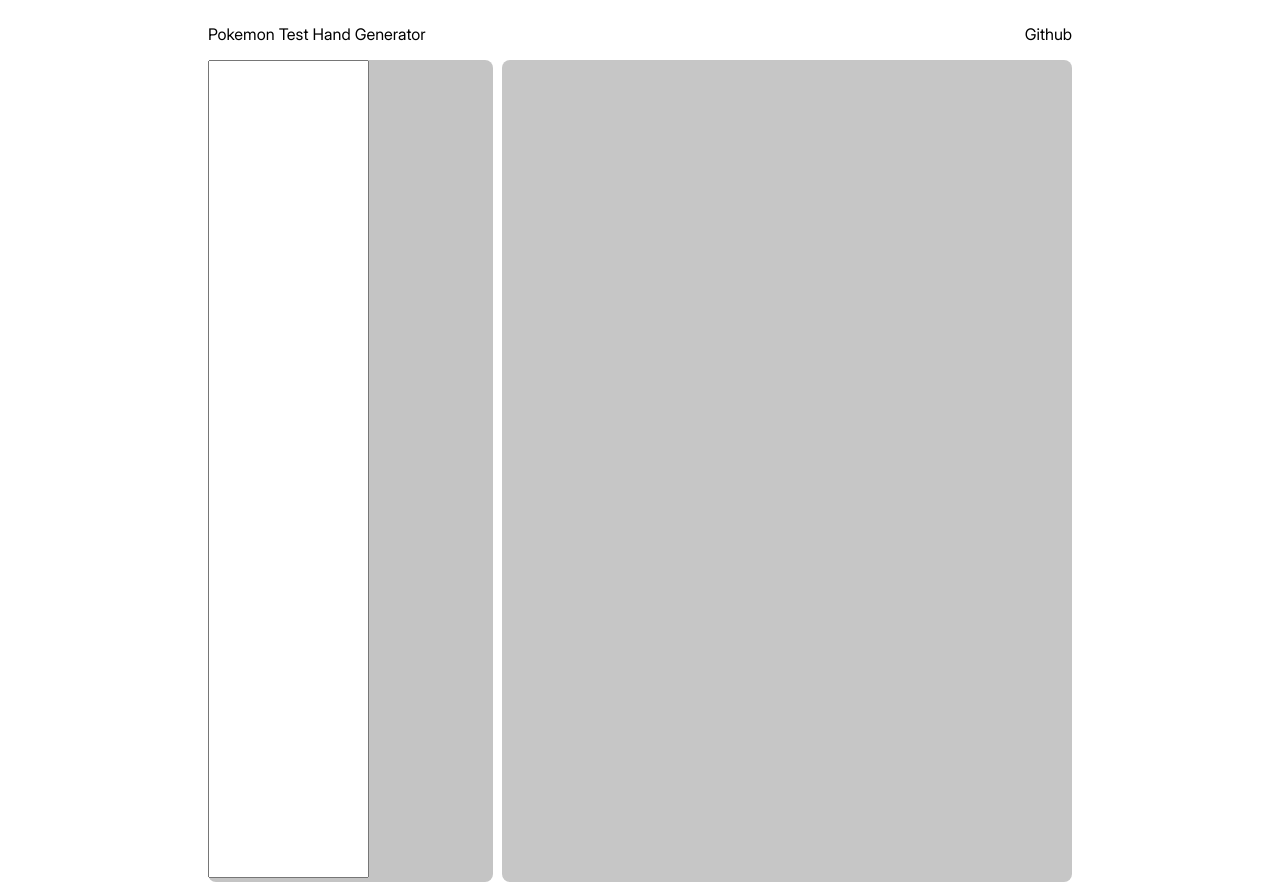
Repository: danielj1415/test-hand-simulator
Page: /
These files come from the project's save history. The page is drawn as it stood at one moment and after a run of saves; the edit follows.
The browser window is 1280 px wide. The pictures show the whole page.
The project was rebuilt for these pictures with package versions that can differ from the ones it lists, and the page was loaded fresh each time. Also part of the build but not shown: vite.config.ts, src/index.css.

Above is the page before, as saved 2024-10-30 17:52:11.

### src/App.tsx
import { useState } from 'react'
import './App.css'
import { Outlet, Link } from "react-router-dom";

function App() {

  const [deckList, setDeckList] = useState({
    deck: ''
  })

  // Handle input changes
  const handleChange = (e: { target: { name: any; value: any; }; }) => {
    const { name, value } = e.target;
    setDeckList((prevData) => ({
      ...prevData,
      [name]: value
    }));
  };

  // Handle form submission
  const handleSubmit = (e: { preventDefault: () => void; }) => {
    e.preventDefault(); // Prevents the default form submission behavior
    // Process the form data here (e.g., send to an API)
  };

  return (
    <div>
      <div className = "mainContainer">
        <div className = "navigationBar">
          <p>Pokemon Test Hand Generator</p>
          <p>Github</p>
        </div>
        <div className = "mainBody">
          <div className = "inputDeck">
            <form onSubmit = {handleSubmit}>
              <div>
                <label htmlFor="deck"></label>
                <textarea className = "deckInputDiv" id="deck" name="deck" value={deckList.deck} onChange={handleChange}/>
              </div>
            </form>
          </div>
          <div className = "testHands"></div>
        </div>
      </div>
    </div>
  )
}

export default App

### src/App.css

@import "./fonts.css";

.mainContainer{
  margin-left: 200px;
  margin-right: 200px;
}

.navigationBar{
  display: flex;
  align-items: center;
  justify-content: space-between;
  margin-top: 8px;
}

p{
  font-size: 16px;
  font-family: "Inter";
}

.mainBody{
  display: flex;
  justify-content: space-between;
}

.inputDeck{
  width: 33%;
  background-color: rgb(196, 196, 196);
  border-radius: 8px;
}

.testHands{
  width: 66%;
  background-color: rgb(198, 198, 198);
  border-radius: 8px;
}

input{
  width: 100%;
  height: 800px;
}

.deckInputDiv{
  width: 50%;
  height: 800px;
  resize: none;
  padding: 8px;
}

### src/fonts.css
@font-face {
    font-family: "Inter";
    src: url("/src/assets/fonts/Inter_28pt-Regular.ttf");
  }

Loaded but not shown: index.html (common file); src/main.tsx (common file)

After the next 2 saves:
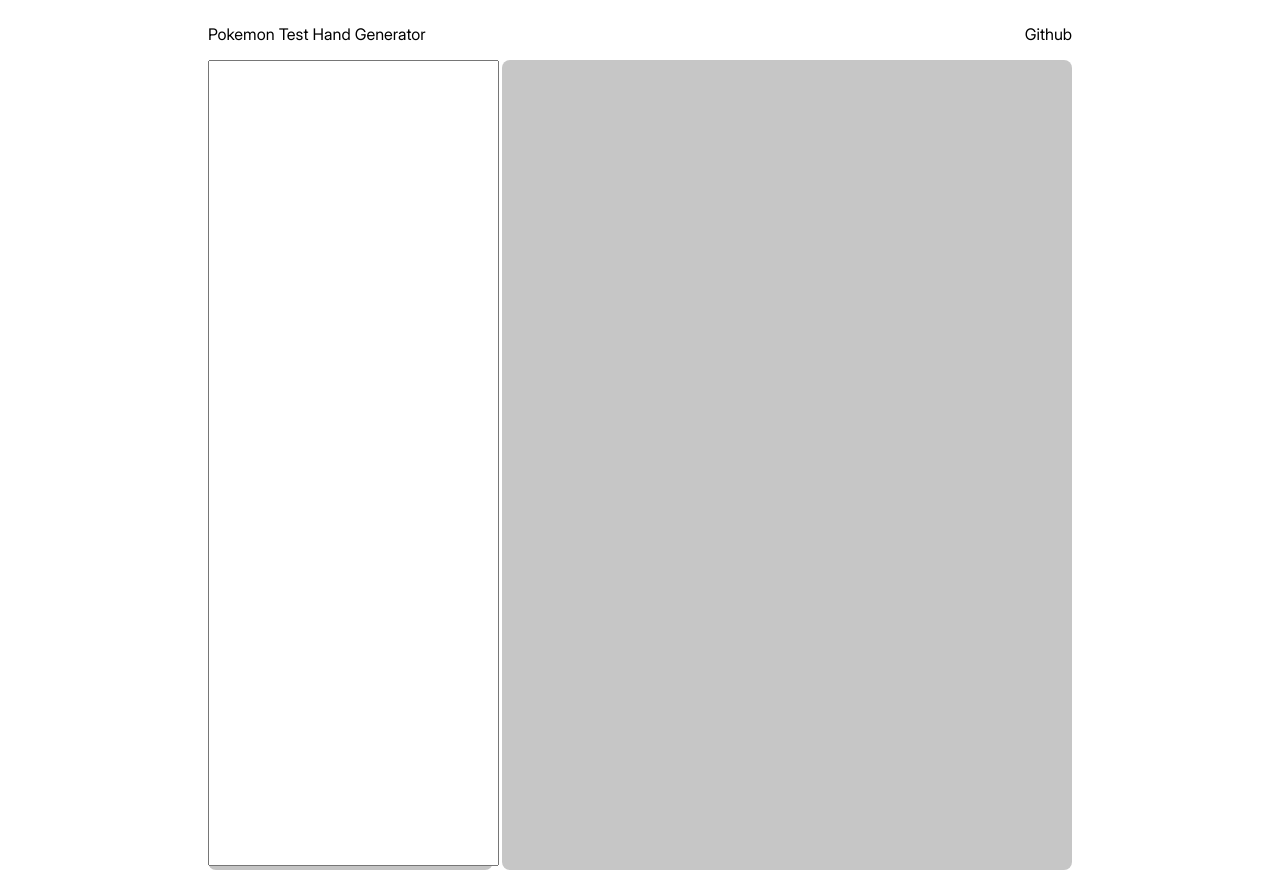
The 2 saves are shown as one change because they came seconds apart.
The last was saved 8 s later.
--- a/src/App.css
+++ b/src/App.css
@@ -41,8 +41,7 @@ input{
 }
 
 .deckInputDiv{
-  width: 50%;
+  width: 100%;
   height: 800px;
   resize: none;
-  padding: 8px;
 }
